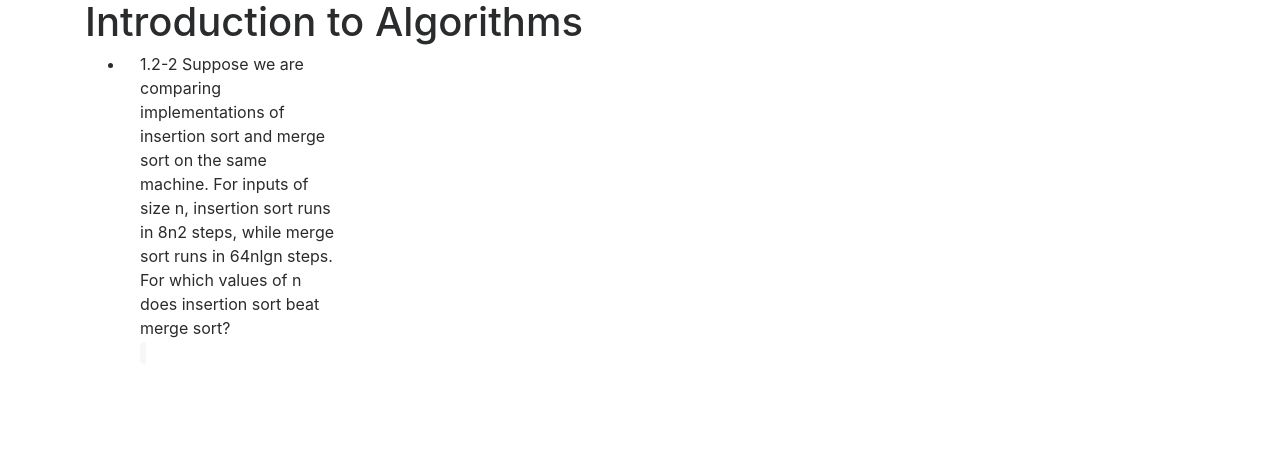
Repository: baltejas/algorithms
Page: algorithms/src/main/webapp/WEB-INF/views/index.html
The author's editor kept a copy of each file at every save. The page is drawn from the files as they stood at one save, then again after the next save.
The browser window is 1280 px wide. The pictures show the whole page.

Above is the page before, as saved 2017-05-06 18:21:12.

### algorithms/src/main/webapp/WEB-INF/views/index.html
<html>
	<head>
		<link rel="stylesheet" href="resources/css/bootstrap.css">
	</head>
	<body>
		<div class="container">
		<h1>Introduction to Algorithms</h1>
			<div class="row">
				<div class="col-md-8">
					<ul>
						<li class="col-sm-4">1.2-2 Suppose we are comparing implementations of insertion sort and merge sort on the same machine.
							For inputs of size n, insertion sort runs in 8n2 steps, while merge sort runs in 64nlgn steps.
							For which values of n does insertion sort beat merge sort?<br>
							<code>
								<pre>
								public String question_1Dot2dash2() {
									int i = 2; // log(1) = 0 hence we start from 2
									while(i > 0) {
										// Steps to sort n inputs: insertion sort - 8n*n
										// Steps to sort n inputs: merge sort - 64nlgn (log to base 2)
										if((8 * i * i) > (64 * i * (Math.log(i)/Math.log(2)))) {
											return "Insertion sort beats merge sort at: " + i;
										} else {
											i++;
										}
									}
									return null;
								}
								</pre>
							</code>
						</li>
					</ul>
				</div>
			</div>
		</div>
	</body>
</html>

Loaded but not shown: algorithms/src/main/webapp/resources/css/bootstrap.css (library)

After the next save:
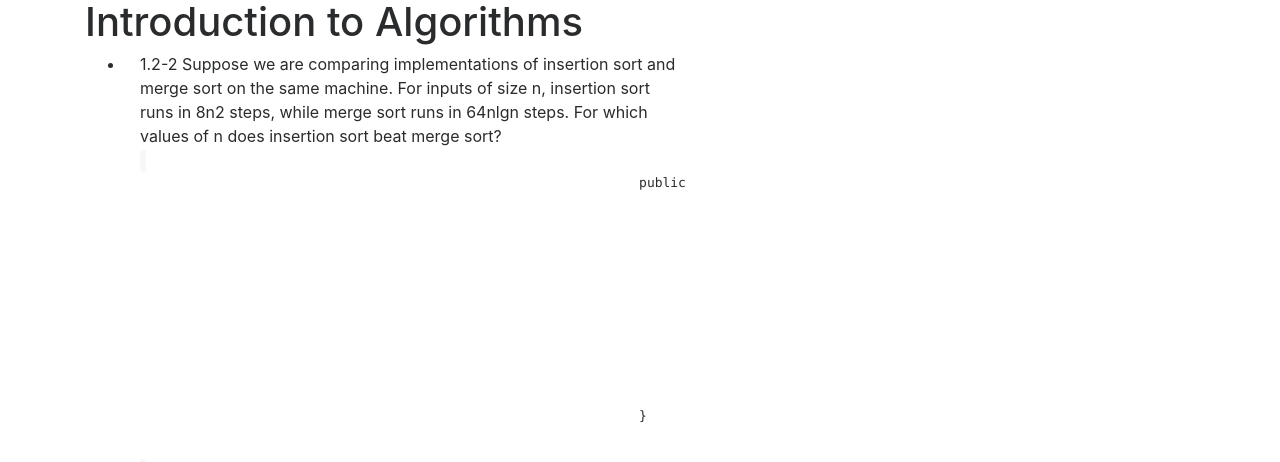
Saved 6 s later.
--- a/algorithms/src/main/webapp/WEB-INF/views/index.html
+++ b/algorithms/src/main/webapp/WEB-INF/views/index.html
@@ -8,7 +8,7 @@
 			<div class="row">
 				<div class="col-md-8">
 					<ul>
-						<li class="col-sm-4">1.2-2 Suppose we are comparing implementations of insertion sort and merge sort on the same machine.
+						<li class="col-sm-10">1.2-2 Suppose we are comparing implementations of insertion sort and merge sort on the same machine.
 							For inputs of size n, insertion sort runs in 8n2 steps, while merge sort runs in 64nlgn steps.
 							For which values of n does insertion sort beat merge sort?<br>
 							<code>
